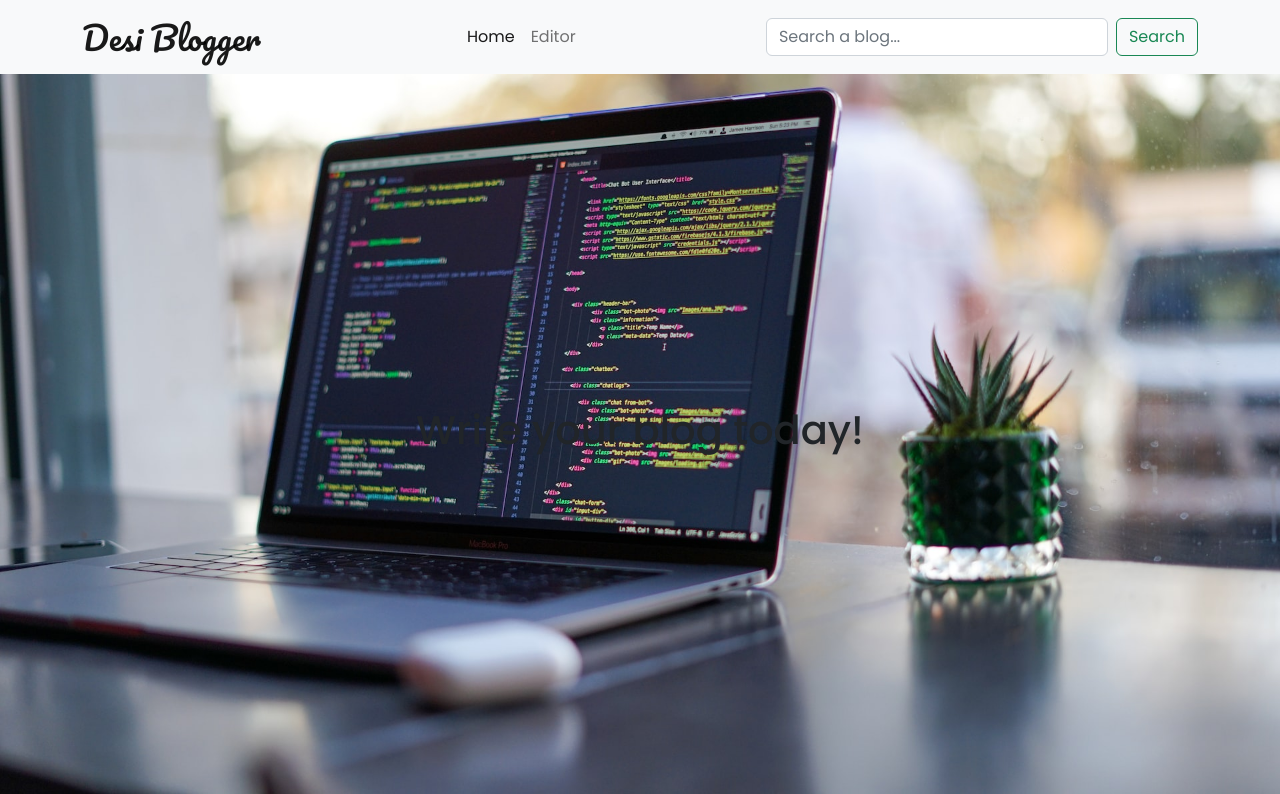
Repository: badhon252/Desi_Blogger
Page: public/home.html
An editor plug-in stored every save of this project. The page is shown before and after the next save, followed by the edit.
The browser window is 1280 px wide. The pictures show the whole page.

Above is the page before, as saved 2022-11-15 19:40:43.

### public/home.html
<!DOCTYPE html>
<html lang="en">

<head>
    <meta charset="UTF-8">
    <meta http-equiv="X-UA-Compatible" content="IE=edge">
    <meta name="viewport" content="width=device-width, initial-scale=1.0">

    <!-- favicon  -->
    <link rel="icon" sizes="180x180" href="./img/favicon_io/android-chrome-192x192.png">

    <!-- bs-5 link -->
    <link rel="stylesheet" href="https://cdn.jsdelivr.net/npm/bootstrap@5.2.2/dist/css/bootstrap.min.css">
    <!-- custom css  -->
    <link rel="stylesheet" href="css/home.css">
    <!-- fonts  -->
    <link rel="preconnect" href="https://fonts.googleapis.com">
    <link rel="preconnect" href="https://fonts.gstatic.com" crossorigin>
    <link href="https://fonts.googleapis.com/css2?family=Poppins:wght@400;500;600;700;800;900&display=swap"
        rel="stylesheet">
    <title>Desi-Blogger</title>
</head>

<body>
    <header id="header">
        <nav class="navbar navbar-expand-lg bg-light">
            <div class="container">
                <a class="navbar-brand" href="#">Desi Blogger</a>
                <button class="navbar-toggler" type="button" data-bs-toggle="collapse"
                    data-bs-target="#navbarSupportedContent" aria-controls="navbarSupportedContent"
                    aria-expanded="false" aria-label="Toggle navigation">
                    <span class="navbar-toggler-icon"></span>
                </button>
                <div class="collapse navbar-collapse" id="navbarSupportedContent">
                    <ul class="navbar-nav m-auto mb-2 mb-lg-0">
                        <li class="nav-item">
                            <a class="nav-link active" href="#">Home</a>
                        </li>
                        <li class="nav-item">
                            <a class="nav-link" href="#">Editor</a>
                        </li>

                    </ul>
                    <form class="d-flex" role="search">
                        <input class="form-control me-2" type="search" placeholder="Search a blog..."
                            aria-label="Search">
                        <button class="btn btn-outline-success" type="submit">Search</button>
                    </form>
                </div>
            </div>
        </nav>
        <section class="header-content">
            <h1>Write your blog today!</h1>
        </section>
    </header>

    <script src="https://cdn.jsdelivr.net/npm/bootstrap@5.2.2/dist/js/bootstrap.bundle.min.js"></script>
</body>

</html>

### public/css/home.css
@import url("https://fonts.googleapis.com/css2?family=Pacifico&display=swap");
* {
  margin: 0;
  padding: 0;
  box-sizing: border-box;
}

body {
  font-family: "Poppins", sans-serif;
  background-image: repeating-linear-gradient(
      45deg,
      rgb(255, 255, 255) 0px,
      rgb(255, 255, 255) 10px,
      transparent 10px,
      transparent 11px
    ),
    repeating-linear-gradient(
      135deg,
      rgb(255, 255, 255) 0px,
      rgb(255, 255, 255) 10px,
      transparent 10px,
      transparent 11px
    ),
    linear-gradient(90deg, rgba(213, 211, 217, 0.33), rgba(213, 211, 217, 0.33));
  position: relative;
}
::selection {
  background: #1b1b1b;
  color: #fff;
}

.navbar-brand {
  font-family: "Pacifico", cursive;
  font-size: 2rem;
}

.header-content {
  width: 100%;
  height: calc(100vh);
  background-image: url(../img/header-img.jpg);
  background-size: cover;
  display: flex;
  justify-content: center;
  align-items: center;
}

After the next save:
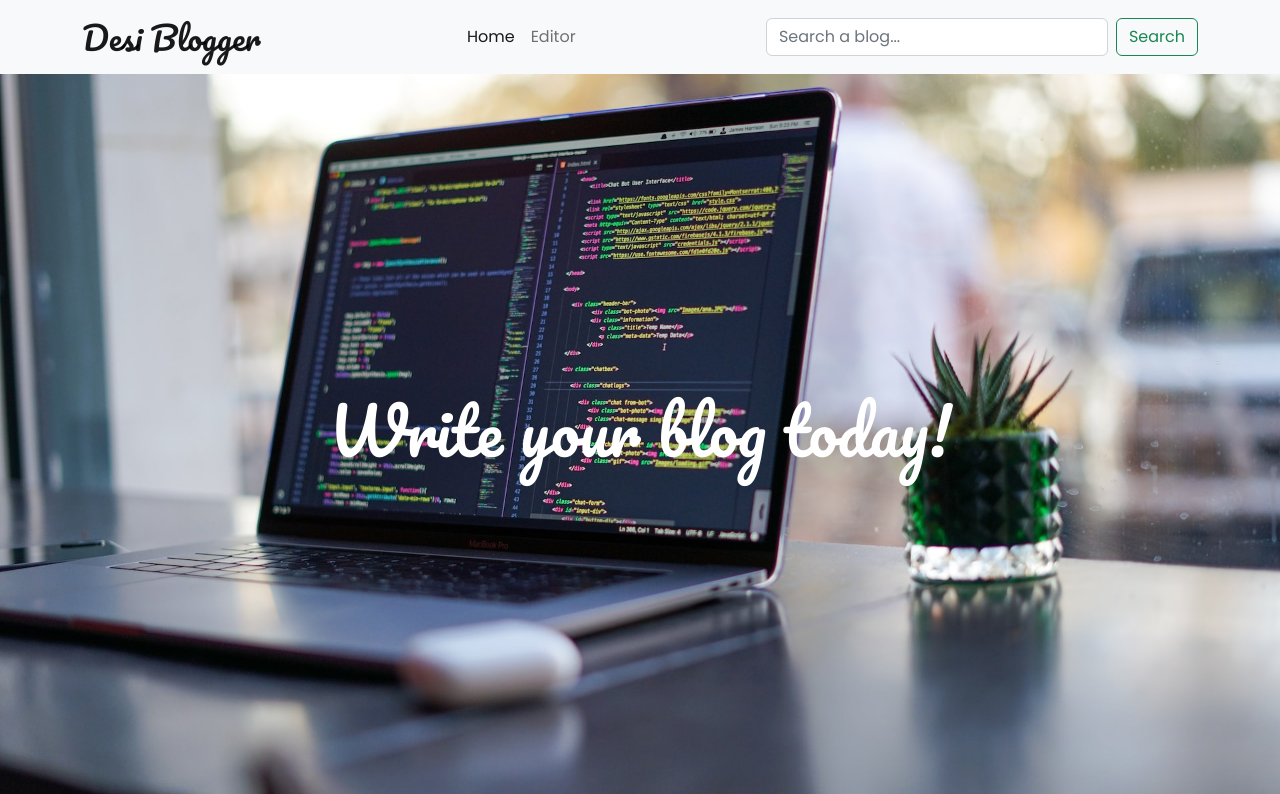
Saved 43 s later.
--- a/public/css/home.css
+++ b/public/css/home.css
@@ -43,3 +43,10 @@ body {
   justify-content: center;
   align-items: center;
 }
+
+.header-content h1 {
+  font-size: 4rem;
+  color: #fff;
+  text-align: center;
+  font-family: "Pacifico", cursive;
+}
